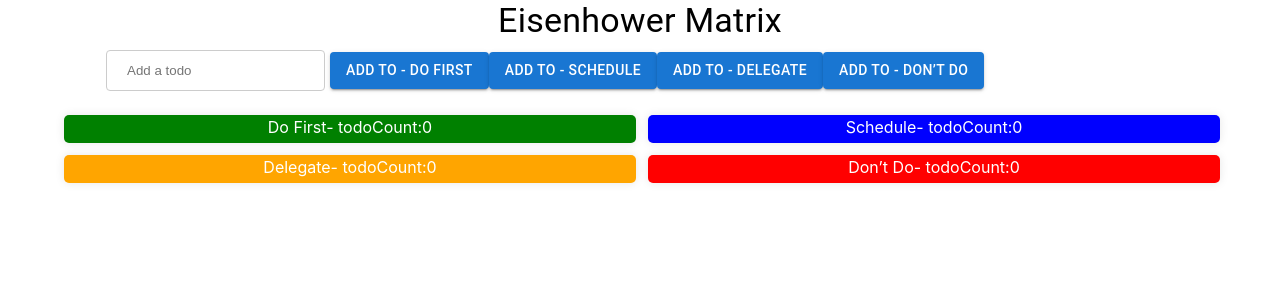
Repository: GokulDev4U/Krixi_react_assignment
Page: /
These files come from the project's save history. The page is drawn as it stood at one moment and after the next save; the edit follows.
The browser window is 1280 px wide. The pictures show the whole page.
The project was rebuilt for these pictures with package versions that can differ from the ones it lists, and the page was loaded fresh each time.

Above is the page before, as saved 2022-04-05 20:02:49.

### src/index.js
import React from "react";
import ReactDOM from "react-dom";
import "./index.css";
import App from "./App";
import { store } from "./app/store";
import { Provider } from "react-redux";
import * as serviceWorker from "./serviceWorker";
import { PersistGate } from "redux-persist/integration/react";
import { persistStore } from "redux-persist";

let persistor = persistStore(store);

ReactDOM.render(
  <React.StrictMode>
    <Provider store={store}>
      <PersistGate loading={null} persistor={persistor}>
        <App />
      </PersistGate>
    </Provider>
  </React.StrictMode>,
  document.getElementById("root")
);

// If you want your app to work offline and load faster, you can change
// unregister() to register() below. Note this comes with some pitfalls.
// Learn more about service workers: https://bit.ly/CRA-PWA
serviceWorker.unregister();

### src/App.js
import React, { useState } from "react";
import { Container, Grid, Button, Typography } from "@mui/material";
import Card from "./Components/card/Card";
import { useDispatch, useSelector } from "react-redux";
import {
  addDoFirst,
  removeDoFirst,
  selectTodoDoFirst,
} from "./features/todo/todoSlice";
import {
  addSchedule,
  removeSchedule,
  selectTodoSchedule,
} from "./features/todo/todoScheduleSlice";
import {
  addDelegate,
  removeDelegate,
  selectTodoDelegate,
} from "./features/todo/todoDelegateSlice";
import {
  addDontDo,
  removeDontDo,
  selectTodoDontDo,
} from "./features/todo/todoDontDoSlice";
import "./App.css";
import { DragDropContext } from "react-beautiful-dnd";
import { v4 as uuidv4 } from "uuid";

function App() {
  const dispatch = useDispatch();
  const todosDoFirst = useSelector(selectTodoDoFirst);
  const todosSchedule = useSelector(selectTodoSchedule);
  const todosDelegate = useSelector(selectTodoDelegate);
  const todosDontDo = useSelector(selectTodoDontDo);
  const [todo, setTodo] = useState("");
  let finalTodo = todo;
  const handleChange = (e) => {
    setTodo(e.target.value);
  };
  const handleDoFirstButtonClick = (e) => {
    e.preventDefault();
    e.stopPropagation();
    if (todo.length > 0) {
      dispatch(addDoFirst(finalTodo));
      setTodo("");
    }
  };
  const handleScheduleButtonClick = (e) => {
    e.preventDefault();
    e.stopPropagation();
    if (todo.length > 0) {
      dispatch(addSchedule(finalTodo));
      setTodo("");
    }
  };
  const handleDelegateButtonClick = (e) => {
    e.preventDefault();
    e.stopPropagation();
    if (todo.length > 0) {
      dispatch(addDelegate(finalTodo));
      setTodo("");
    }
  };
  const handleDontDoButtonClick = (e) => {
    e.preventDefault();
    e.stopPropagation();
    if (todo.length > 0) {
      dispatch(addDontDo(finalTodo));
      setTodo("");
    }
  };

  const handleOnDragEnd = (result) => {
    const { destination, source } = result;
    if (!destination) {
      return;
    }
    if (
      destination.droppableId === source.droppableId &&
      destination.index === source.index
    ) {
      return;
    }
    const start = source.droppableId;
    const finish = destination.droppableId;

    if (start === "doFirst" && finish === "schedule") {
      dispatch(addSchedule(todosSchedule[destination.index]));
      dispatch(removeDoFirst(todosDoFirst[source.index]));
    } else if (start === "doFirst" && finish === "delegate") {
      dispatch(addDelegate(todosDelegate[destination.index]));
      dispatch(removeDoFirst(todosDoFirst[source.index]));
    } else if (start === "doFirst" && finish === "dontDo") {
      dispatch(addDontDo(todosDontDo[destination.index]));
      dispatch(removeDoFirst(todosDoFirst[source.index]));
    } else if (start === "schedule" && finish === "doFirst") {
      dispatch(addDoFirst(todosDoFirst[destination.index]));
      dispatch(removeSchedule(todosSchedule[source.index]));
    } else if (start === "schedule" && finish === "delegate") {
      dispatch(addDelegate(todosDelegate[destination.index]));
      dispatch(removeSchedule(todosSchedule[source.index]));
    } else if (start === "schedule" && finish === "dontDo") {
      dispatch(addDontDo(todosDontDo[destination.index]));
      dispatch(removeSchedule(todosSchedule[source.index]));
    } else if (start === "delegate" && finish === "doFirst") {
      dispatch(addDoFirst(todosDoFirst[destination.index]));
      dispatch(removeDelegate(todosDelegate[source.index]));
    } else if (start === "delegate" && finish === "schedule") {
      dispatch(addSchedule(todosSchedule[destination.index]));
      dispatch(removeDelegate(todosDelegate[source.index]));
    } else if (start === "delegate" && finish === "dontDo") {
      dispatch(addDontDo(todosDontDo[destination.index]));
      dispatch(removeDelegate(todosDelegate[source.index]));
    } else if (start === "dontDo" && finish === "doFirst") {
      dispatch(addDoFirst(todosDoFirst[destination.index]));
      dispatch(removeDontDo(todosDontDo[source.index]));
    } else if (start === "dontDo" && finish === "schedule") {
      dispatch(addSchedule(todosSchedule[destination.index]));
      dispatch(removeDontDo(todosDontDo[source.index]));
    } else if (start === "dontDo" && finish === "delegate") {
      dispatch(addDelegate(todosDelegate[destination.index]));
      dispatch(removeDontDo(todosDontDo[source.index]));
    }
  };

  return (
    <DragDropContext onDragEnd={handleOnDragEnd}>
      <div className="App">
        <Container sx={{ flexGrow: 1 }}>
          <Typography variant="h4">Eisenhower Matrix</Typography>
          <Grid container spacing={2}>
            <Grid item xs={10}>
              <input
                type="text"
                placeholder="Add a todo"
                value={todo}
                onChange={handleChange}
              />

              <Button
                variant="contained"
                color="primary"
                onClick={handleDoFirstButtonClick}
              >
                Add to - do first
              </Button>
              <Button
                variant="contained"
                color="primary"
                onClick={handleScheduleButtonClick}
              >
                Add to - Schedule
              </Button>
              <Button
                variant="contained"
                color="primary"
                onClick={handleDelegateButtonClick}
              >
                Add to - Delegate
              </Button>
              <Button
                variant="contained"
                color="primary"
                onClick={handleDontDoButtonClick}
              >
                Add to - Don’t Do
              </Button>
            </Grid>
            <Grid item xs={6}>
              <Card
                color="green"
                title="Do First"
                flag="doFirst"
                id={uuidv4()}
              />
            </Grid>
            <Grid item xs={6}>
              <Card
                color="blue"
                title="Schedule"
                flag="schedule"
                id={uuidv4()}
              />
            </Grid>
            <Grid item xs={6}>
              <Card
                color="orange"
                title="Delegate"
                flag="delegate"
                id={uuidv4()}
              />
            </Grid>
            <Grid item xs={6}>
              <Card color="red" title="Don’t Do" flag="dontDo" id={uuidv4()} />
            </Grid>
          </Grid>
        </Container>
      </div>
    </DragDropContext>
  );
}

export default App;

### src/app/store.js
import { configureStore } from "@reduxjs/toolkit";
import storage from "redux-persist/lib/storage";
import { combineReducers } from "redux";
import { persistReducer } from "redux-persist";
import todoReducer from "../features/todo/todoSlice";
import todoScheduleReducer from "../features/todo/todoScheduleSlice";
import todoDelegateReducer from "../features/todo/todoDelegateSlice";
import todoDontDoReducer from "../features/todo/todoDontDoSlice";

const reducers = combineReducers({
  todo: todoReducer,
  todoSchedule: todoScheduleReducer,
  todoDelegate: todoDelegateReducer,
  todoDontDo: todoDontDoReducer,
});

const persistConfig = {
  key: "root",
  storage,
};

const persistedReducer = persistReducer(persistConfig, reducers);

export const store = configureStore({
  reducer: persistedReducer,
  devTools: process.env.NODE_ENV !== "production",
});

### src/Components/card/Card.jsx
import React from 'react';
import { useSelector } from 'react-redux';
import { selectTodoDoFirst } from '../../features/todo/todoSlice';
import { selectTodoSchedule } from '../../features/todo/todoScheduleSlice';
import { selectTodoDelegate } from '../../features/todo/todoDelegateSlice';
import { selectTodoDontDo } from '../../features/todo/todoDontDoSlice';
import './Card.css';
import { Draggable } from 'react-beautiful-dnd';
import { Droppable } from 'react-beautiful-dnd';



const Card = ({ color, title, flag, id }) => {
  const todosDoFirst = useSelector(selectTodoDoFirst);
  const todosSchedule = useSelector(selectTodoSchedule);
  const todosDelegate = useSelector(selectTodoDelegate);
  const todosDontDo = useSelector(selectTodoDontDo);

  let todosDoFirstLength = todosDoFirst.length;
  let todosScheduleLength = todosSchedule.length;
  let todosDelegateLength = todosDelegate.length;
  let todosDontDoLength = todosDontDo.length;

  return (
    <div className='box' style={{ backgroundColor: `${color}` }}>
      <div className="card-title">
        {`${title}- todoCount:${Number((flag === "doFirst" && todosDoFirstLength) || (flag === "schedule" && todosScheduleLength) || (flag === "delegate" && todosDelegateLength) || (flag === "dontDo" && todosDontDoLength))}`}
      </div>

      <Droppable droppableId={id} >
        {(provided, snapshot) => {
          return (
            <div className="card-content" ref={provided.innerRef} {...provided.droppableProps} >

              {flag === "doFirst" && todosDoFirst?.map((todo, index) => (
                <Draggable draggableId={todo} index={0}>
                  {(provided, snapshot) => {
                    return (
                      <div key={index} className="card-content-item" ref={provided.innerRef} {...provided.draggableProps} {...provided.dragHandleProps}>
                        {todo}
                      </div>
                    );
                  }}
                </Draggable>
              ))}

              {flag === "schedule" && todosSchedule?.map((todo, index) => (
                <Draggable draggableId={todo} index={1}>
                  {(provided, snapshot) => {
                    return (
                      <div key={index} className="card-content-item" ref={provided.innerRef} {...provided.draggableProps} {...provided.dragHandleProps}>
                        {todo}
                      </div>
                    );
                  }}
                </Draggable>
              ))}

              {flag === "delegate" && todosDelegate?.map((todo, index) => (
                <Draggable draggableId={todo} index={2}>
                  {(provided, snapshot) => {
                    return (
                      <div key={index} className="card-content-item" ref={provided.innerRef} {...provided.draggableProps} {...provided.dragHandleProps}>
                        {todo}
                      </div>
                    );
                  }}
                </Draggable>
              ))}

              {flag === "dontDo" && todosDontDo?.map((todo, index) => (
                <Draggable draggableId={todo} index={3}>
                  {(provided, snapshot) => {
                    return (
                      <div key={index} className="card-content-item" ref={provided.innerRef} {...provided.draggableProps} {...provided.dragHandleProps}>
                        {todo}
                      </div>
                    );
                  }}
                </Draggable>
              ))}
              {provided.placeholder}
            </div>
          );
        }}
      </Droppable>
    </div >
  );
};

export default Card;

### src/features/todo/todoSlice.jsx
import { createSlice } from "@reduxjs/toolkit";
import { v4 as uuidv4 } from 'uuid';

const initialState = {
    doFirst: [],
    id: uuidv4(),
    // schedule: [],
    // delegate: [],
    // dontDo: [],
};

export const todoSlice = createSlice({
    name: "todo",
    initialState,
    reducers: {
        addDoFirst: (state, action) => {
            state.doFirst.push(action.payload);
        },

        removeDoFirst: (state, action) => {
            state.doFirst.filter(item => item.id !== action.payload);
        },

    },
});

export const { addDoFirst, removeDoFirst, edit } = todoSlice.actions;

export const selectTodoDoFirst = (state) => state.todo.doFirst;
// export const selectTodoSchedule = (state) => state.todo.schedule;
// export const selectTodoDelegate = (state) => state.todo.delegate;
// export const selectTodoDontDo = (state) => state.todo.dontDo;

export default todoSlice.reducer;

### src/features/todo/todoScheduleSlice.jsx
import { createSlice } from "@reduxjs/toolkit";
import { v4 as uuidv4 } from 'uuid';

const initialState = {
    schedule: [],
    id: uuidv4(),
};

export const todoScheduleSlice = createSlice({
    name: "todoSchedule",
    initialState,
    reducers: {
        addSchedule: (state, action) => {
            state.schedule.push(action.payload);
        },
        removeSchedule: (state, action) => {
            state.doFirst.filter(item => item.id !== action.payload);
        },
    },
});

export const { addSchedule, removeSchedule, edit } = todoScheduleSlice.actions;

export const selectTodoSchedule = (state) => state.todoSchedule.schedule;

export default todoScheduleSlice.reducer;

### src/features/todo/todoDelegateSlice.jsx
import { createSlice } from "@reduxjs/toolkit";
import { v4 as uuidv4 } from 'uuid';

const initialState = {
    delegate: [],
    id: uuidv4(),
};

export const todoDelegateSlice = createSlice({
    name: "todoDelegate",
    initialState,
    reducers: {
        addDelegate: (state, action) => {
            state.delegate.push(action.payload);
        },
        removeDelegate: (state, action) => {
            state.doFirst.filter(item => item.id !== action.payload);
        },
    },
});

export const { addDelegate, removeDelegate, edit } = todoDelegateSlice.actions;

export const selectTodoDelegate = (state) => state.todoDelegate.delegate;

export default todoDelegateSlice.reducer;

### src/features/todo/todoDontDoSlice.jsx
import { createSlice } from "@reduxjs/toolkit";
import { v4 as uuidv4 } from 'uuid';

const initialState = {
    dontDo: [],
    id: uuidv4(),
};

export const todoDontDoSlice = createSlice({
    name: "todoDontDo",
    initialState,
    reducers: {
        addDontDo: (state, action) => {
            state.dontDo.push(action.payload);
        },
        removeDontDo: (state, action) => {
            state.doFirst.filter(item => item.id !== action.payload);
        },
    },
});

export const { addDontDo, removeDontDo, edit } = todoDontDoSlice.actions;

export const selectTodoDontDo = (state) => state.todoDontDo.dontDo;

export default todoDontDoSlice.reducer;

### src/App.css
.App {
  text-align: center;
}

input[type=text]{
  /* width: 100%; */
  padding: 12px 20px;
  margin: 8px 5px;
  display: inline-block;
  border: 1px solid #ccc;
  border-radius: 4px;
  box-sizing: border-box;
}

Button {
  margin-right: 5px;
}

### src/Components/card/Card.css
 .box{
    width: 100%;
    height: 100%;
    color: #fff;
    border-radius: 5px;
    box-shadow: 0 0 10px rgba(0,0,0,0.1);
    overflow: hidden;
    cursor: pointer;
    padding: 2px;
 }

 .card-content{
    display: flex;
    flex-direction: column;
    justify-content: space-around;
 }

 .card-content-item{
      width: 100%;
      height: 100%;
      border: 1px solid #fff;
      background-color: rosybrown;
      margin-bottom: 5px;
      padding: 5px;
      border-radius: 5px;
 }

Loaded but not shown: public/index.html (common file); src/index.css (common file); src/serviceWorker.js (common file)

After the next save:
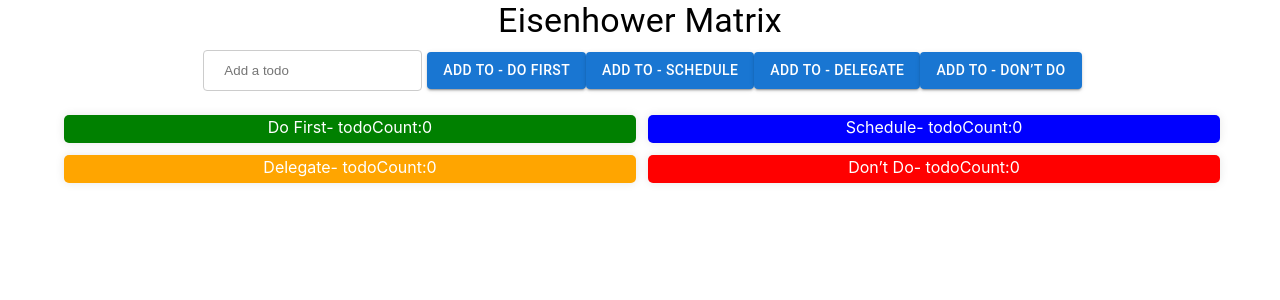
Saved 21 s later.
--- a/src/App.js
+++ b/src/App.js
@@ -129,7 +129,7 @@ function App() {
         <Container sx={{ flexGrow: 1 }}>
           <Typography variant="h4">Eisenhower Matrix</Typography>
           <Grid container spacing={2}>
-            <Grid item xs={10}>
+            <Grid item xs={12}>
               <input
                 type="text"
                 placeholder="Add a todo"
